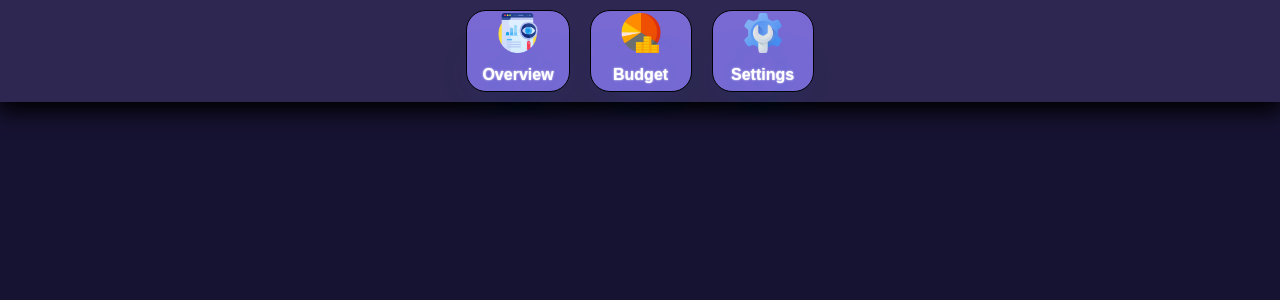
Repository: Minkeani/Money-Manager
Page: /Budget
An editor plug-in stored every save of this project. The page is shown before and after the next save, followed by the edit.
The browser window is 1280 px wide. The pictures show the whole page.
The project was rebuilt for these pictures with package versions that can differ from the ones it lists, and the page was loaded fresh each time. Also part of the build but not shown: src/components/Overview/Overview.jsx, src/components/Settings/Settings.jsx, src/components/NotFound/NotFound.jsx.

Above is the page before, as saved 2022-07-12 21:10:57.

After the next save:
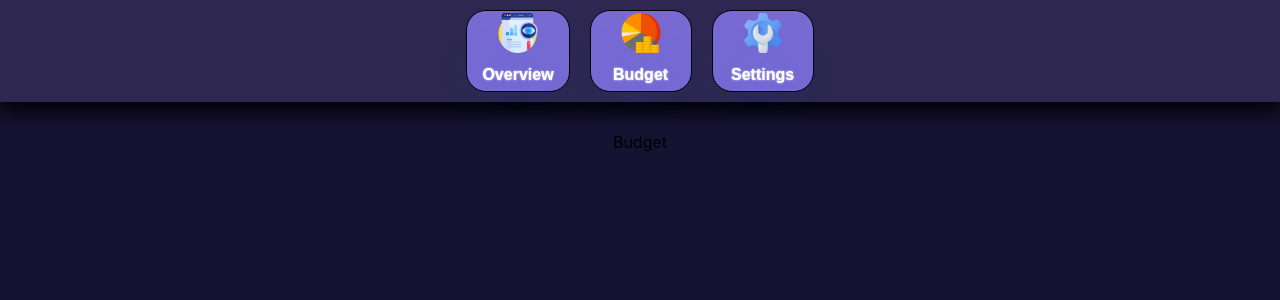
Saved 4 min 34 s later.
--- a/src/components/Budget/Budget.jsx
+++ b/src/components/Budget/Budget.jsx
@@ -3,7 +3,7 @@ import React from 'react'
 export default function Budget() {
   return (
     <div>
-
+      Budget
     </div>
   )
 }
